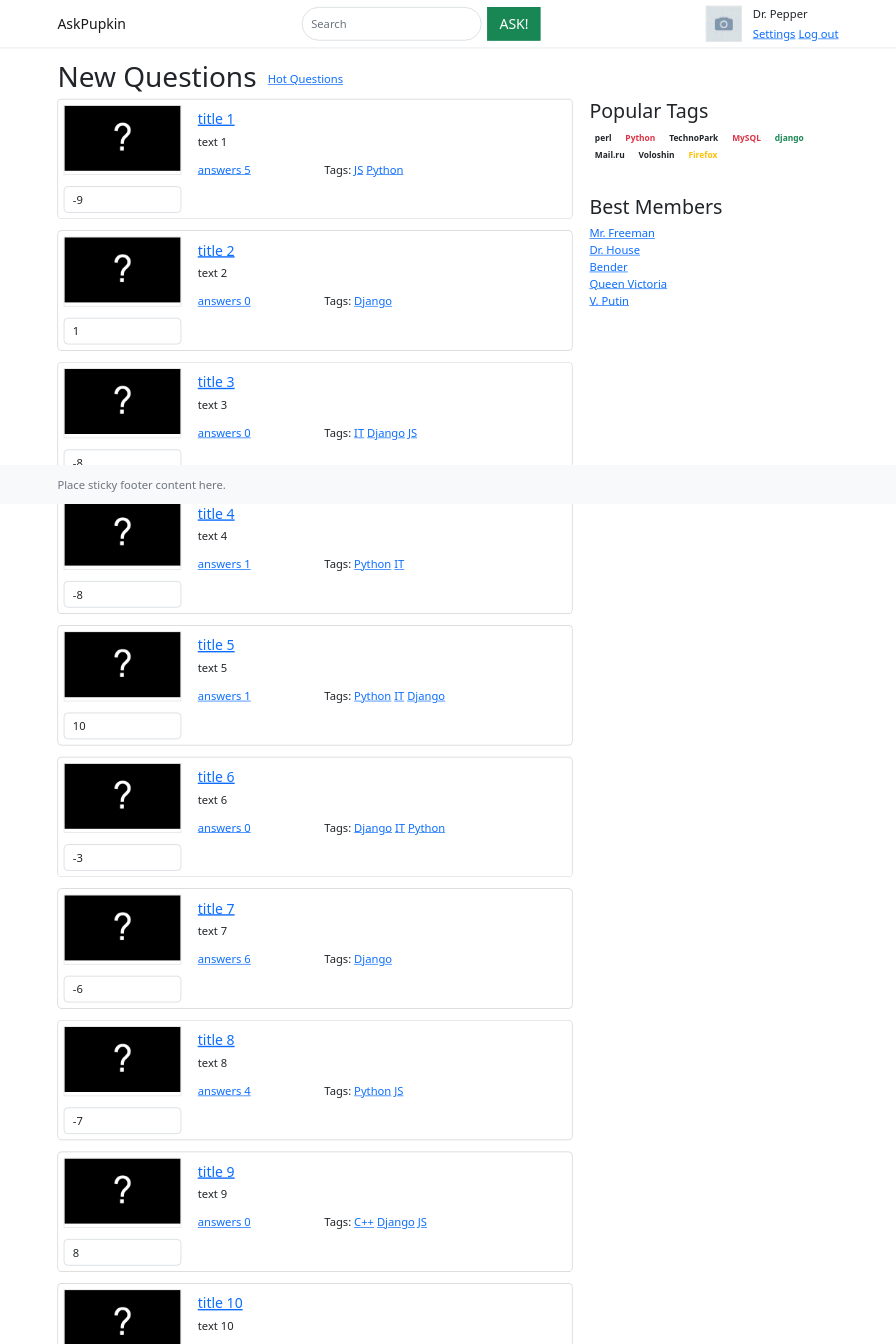
Repository: MiniDan21/askme_molchanov_django
Page: http://localhost/
These files come from the project's save history. The page is drawn as it stood at one moment and after the next save; the edit follows.
The browser window is 1280 px wide. The pictures show the part of the page from y = 0 to 1920 px (the page is 5647 px tall before and 5643 px after), at 70% of full size.
The page is served by the project's application, run on Django 5.2 (manage.py).

Above is the page before, as saved 2024-04-09 17:12:01.

After the next save:
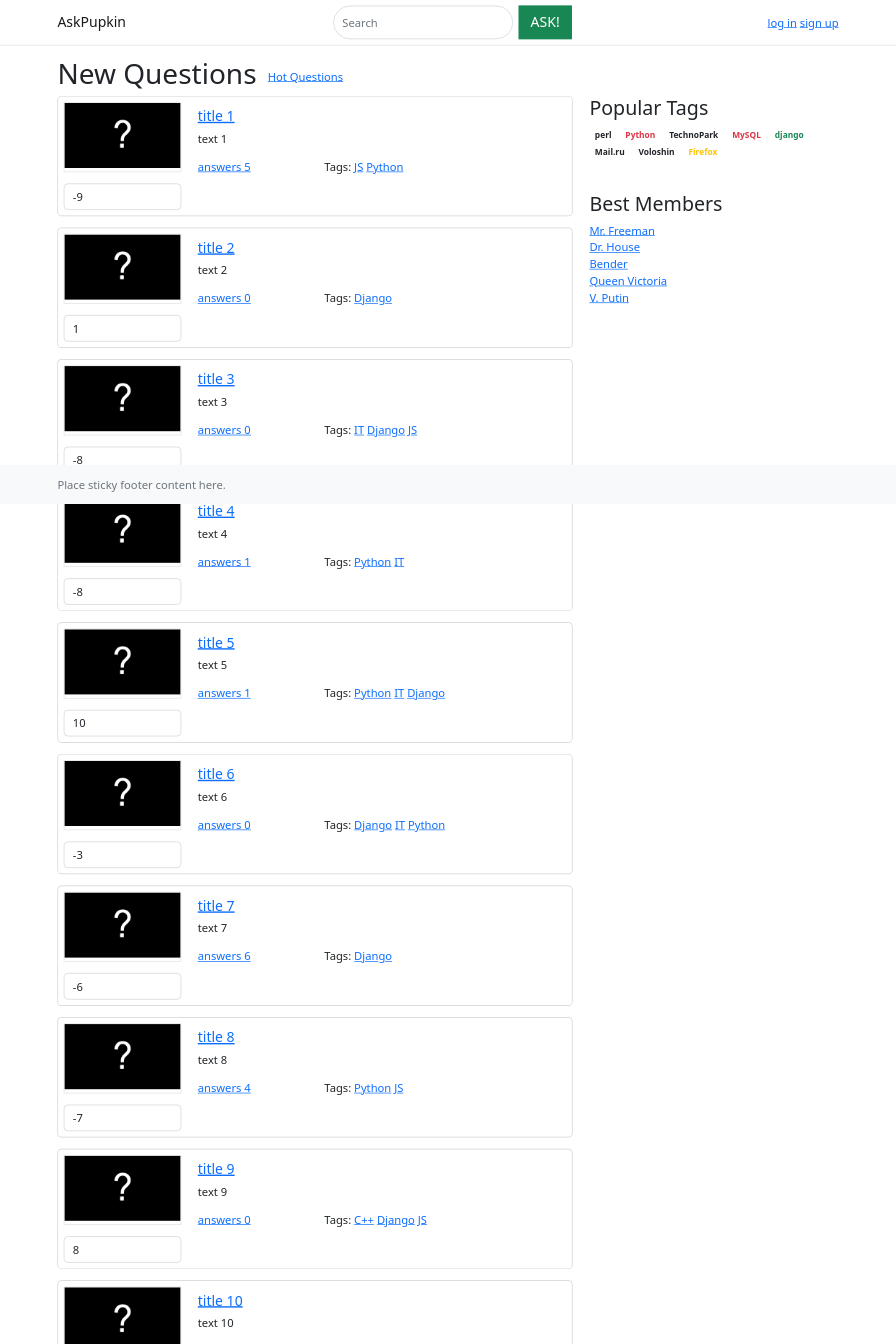
Saved 4 s later.
--- a/app/views.py
+++ b/app/views.py
@@ -21,7 +21,7 @@
             'avatar': '../static/img/alter_question_avatar.jpg',
         })
 
-    return render(request, "index.html", {"questions": questions, "auth": user})
+    return render(request, "index.html", {"questions": questions, "user": user})
 
 def question(request, id):
     return render(request, "question.html")

After the 3 saves that followed:
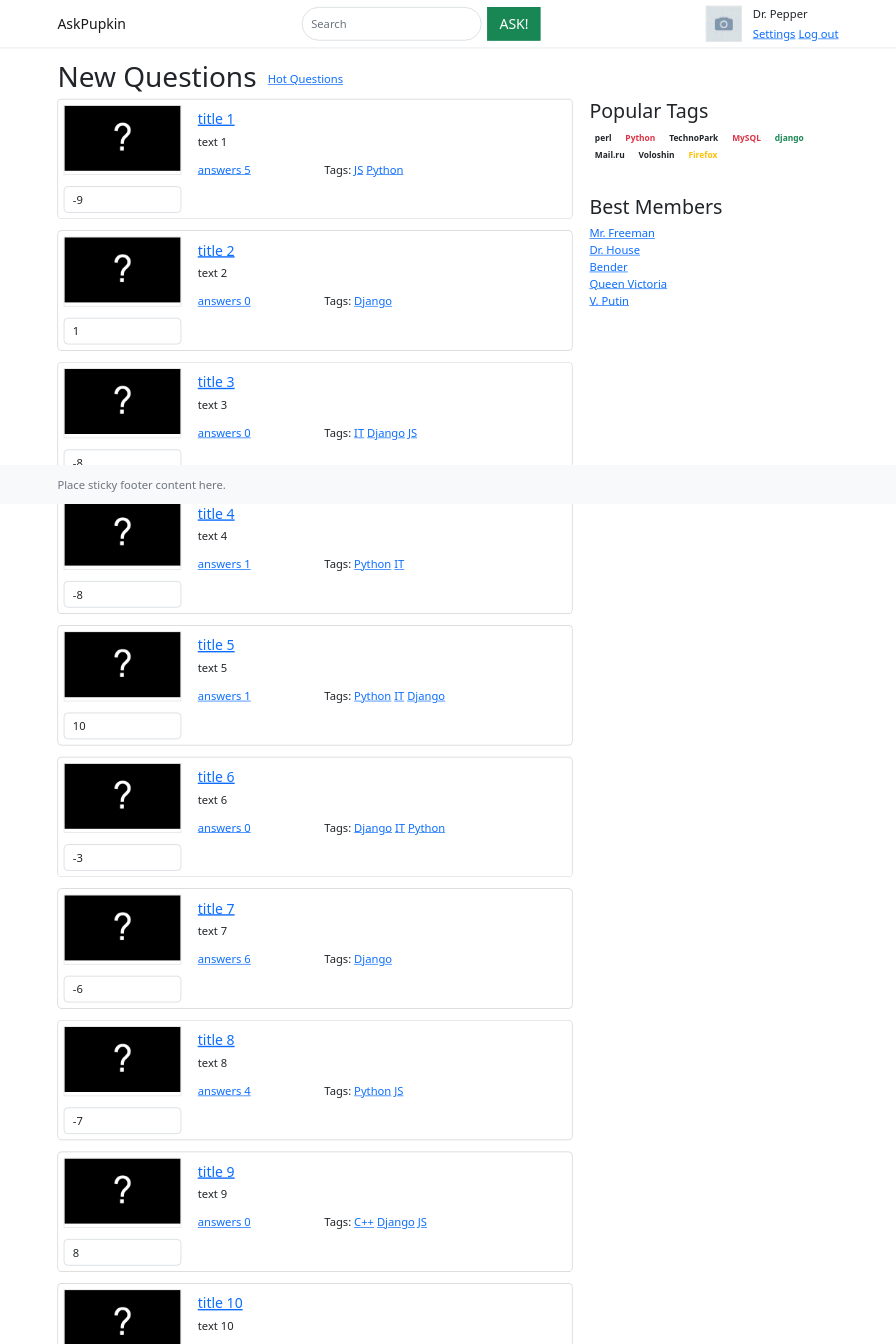
The 3 saves are shown as one change because 2 left the picture as it was.
The last was saved 82 s later.
--- a/app/views.py
+++ b/app/views.py
@@ -5,9 +5,7 @@
 def index(request: HttpRequest):
     from random import randint, sample
 
-    user = request.COOKIES.get('auth', "")
     questions = []
-    print(user)
     TAGS = ['IT', 'JS', 'C++', 'Python', 'Django', 'Golang']
     for i in range(1,30):
         tags = [{'name': tag} for tag in sample(TAGS, randint(1, 3))]
@@ -21,7 +19,7 @@
             'avatar': '../static/img/alter_question_avatar.jpg',
         })
 
-    return render(request, "index.html", {"questions": questions, "user": user})
+    return render(request, "index.html", {"questions": questions})
 
 def question(request, id):
     return render(request, "question.html")
@@ -36,15 +34,6 @@
     return render(request, "signup.html")
 
 def login(request):
-    # ВРЕМЕННО
-    response = redirect('index', permanent=False)
-    user = dict(
-        auth=True,
-        nickname='Travolta',
-    )
-    response.cookies['user'] = user
-    return response
-
     return render(request, "login.html")
 
 def ask(request):
